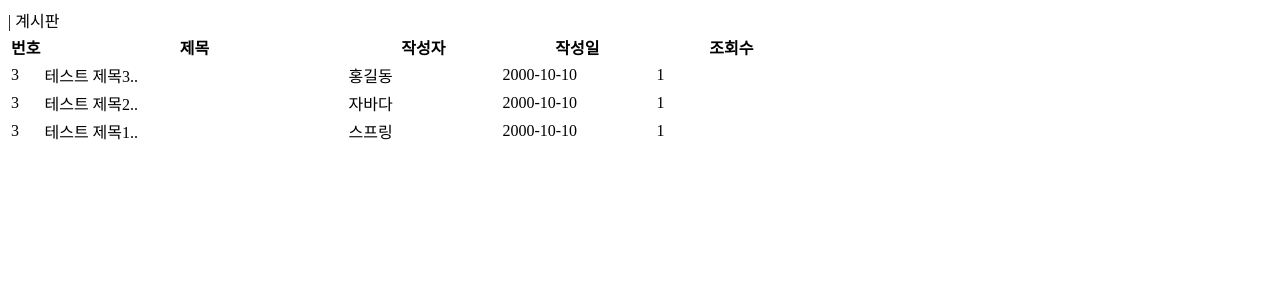
Repository: marudaga/html-css-lecture
Page: work/study/src/main/webapp/htmlEx/ch04/myQuiz.html
These files come from the project's save history. The page is drawn as it stood at one moment and after the next save; the edit follows.
The browser window is 1280 px wide. The pictures show the whole page.

Above is the page before, as saved 2022-09-07 07:24:13.

### work/study/src/main/webapp/htmlEx/ch04/myQuiz.html
<!DOCTYPE html>
<html>
<head>
<meta charset="UTF-8">
<title >Insert title here</title>

</head>
<body>
<div class="body-container">
<div >| 계시판</div>
<table>
  <tr style="text-align: center;">
    <th>번호</th>
    <th style="width: 300px;">제목</th>
    <th style="width: 150px;">작성자</th>
    <th style="width: 150px;">작성일</th>
    <th style="width: 150px;">조회수</th>
  </tr>
  <tr>
    <td>3</td>
    <td>테스트 제목3..</td>
    <td>홍길동</td>
    <td>2000-10-10</td>
    <td>1</td>
  </tr>
  <tr>
    <td>3</td>
    <td>테스트 제목2..</td>
    <td>자바다</td>
    <td>2000-10-10</td>
    <td>1</td>
  </tr>
  <tr>
    <td>3</td>
    <td>테스트 제목1..</td>
    <td>스프링</td>
    <td>2000-10-10</td>
    <td>1</td>
  </tr>
</table>
</div>
</body>
</html>

After the next save:
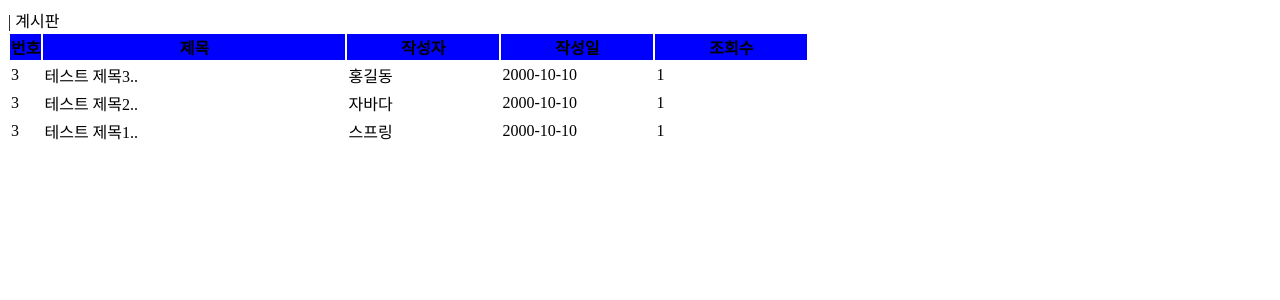
Saved 33 s later.
--- a/work/study/src/main/webapp/htmlEx/ch04/myQuiz.html
+++ b/work/study/src/main/webapp/htmlEx/ch04/myQuiz.html
@@ -9,7 +9,7 @@
 <div class="body-container">
 <div >| 계시판</div>
 <table>
-  <tr style="text-align: center;">
+  <tr style="text-align: center; background: blue">
     <th>번호</th>
     <th style="width: 300px;">제목</th>
     <th style="width: 150px;">작성자</th>
